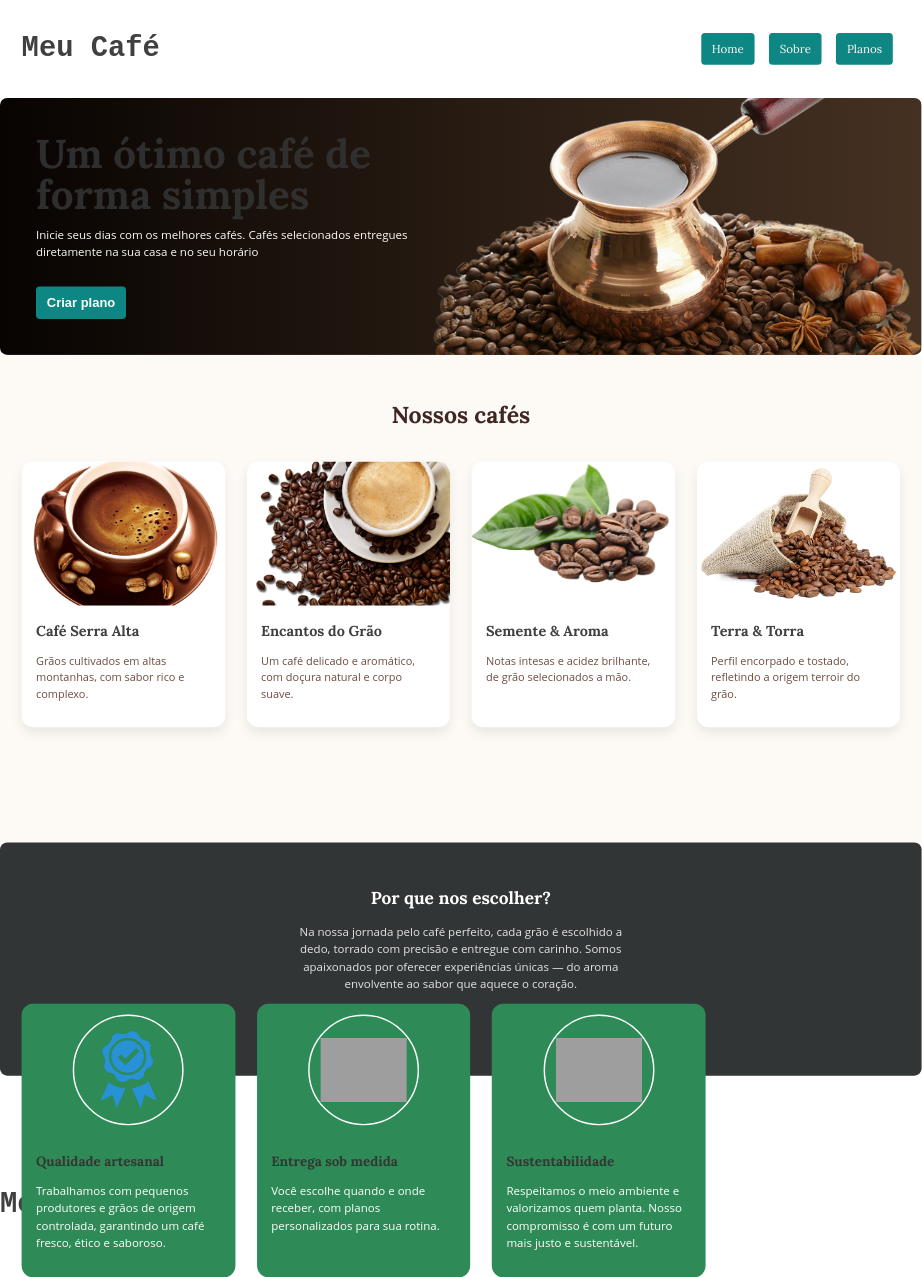
Repository: meiotera/meu_cafe.dev
Page: /
The author's editor kept a copy of each file at every save. The page is drawn from the files as they stood at one save, then again after the next save.
The browser window is 1280 px wide. The pictures show the whole page, at 72% of full size.
Pictures or frames that could not be fetched are drawn as grey boxes. The project was rebuilt for these pictures with package versions that can differ from the ones it lists, and the page was loaded fresh each time. Also part of the build but not shown: vite.config.js, src/Pages/AboutUs.jsx, src/Pages/YourPlane.jsx.

Above is the page before, as saved 2025-04-03 17:26:24.

After the next save:
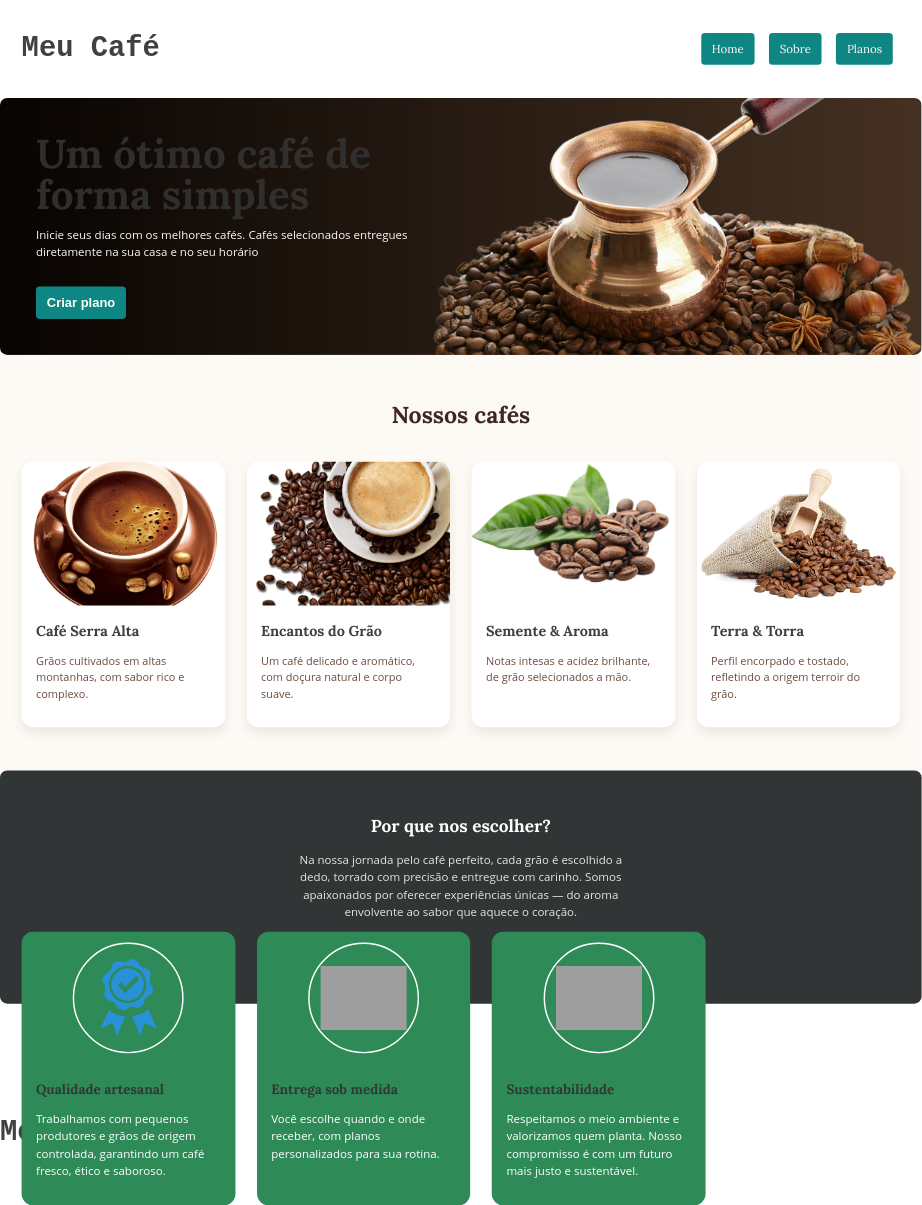
Saved 14 s later.
--- a/src/Pages/Home.module.css
+++ b/src/Pages/Home.module.css
@@ -45,7 +45,7 @@
   grid-template-columns: repeat(auto-fit, minmax(200px, 1fr));
   gap: 30px;
   justify-items: center;
-  margin-bottom: 100px;
+
   position: relative;
 }
 
